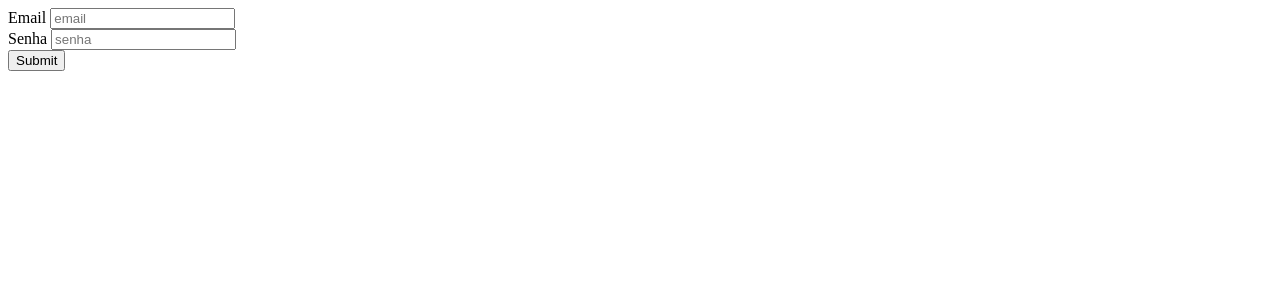
Repository: moises2112/Projetos
Page: http://localhost/Dog/cadastrar.jsp
These files come from the project's save history. The page is drawn as it stood at one moment and after the next save; the edit follows.
The browser window is 1280 px wide. The pictures show the whole page.
The page is served by Tomcat 9. Other server files are loaded and not shown.

Above is the page before, as saved 2017-06-10 17:01:15.

### Dog/WebContent/cadastrar.jsp
<%@ page language="java" contentType="text/html; charset=ISO-8859-1"
	pageEncoding="ISO-8859-1"%>
<%@ taglib uri="http://java.sun.com/jsp/jstl/core" prefix="c"%>
<!DOCTYPE html PUBLIC "-//W3C//DTD HTML 4.01 Transitional//EN" "http://www.w3.org/TR/html4/loose.dtd">
<html>
<head>
<meta http-equiv="Content-Type" content="text/html; charset=ISO-8859-1">
<title>Tindog - Cadastrar</title>
</head>
<body>
	<form action="LoginController.do" method="post">

		<div>
			<label for="email">Email</label> <input type="text" name="email"
				placeholder="email" />
		</div>
		<div>
			<label for="senha">Senha</label> <input type="password" name="senha"
				placeholder="senha" />
		</div>
		<div>
			<input type="submit" value="Submit" />
		</div>
	</form>

</body>
</html>

After the next save:
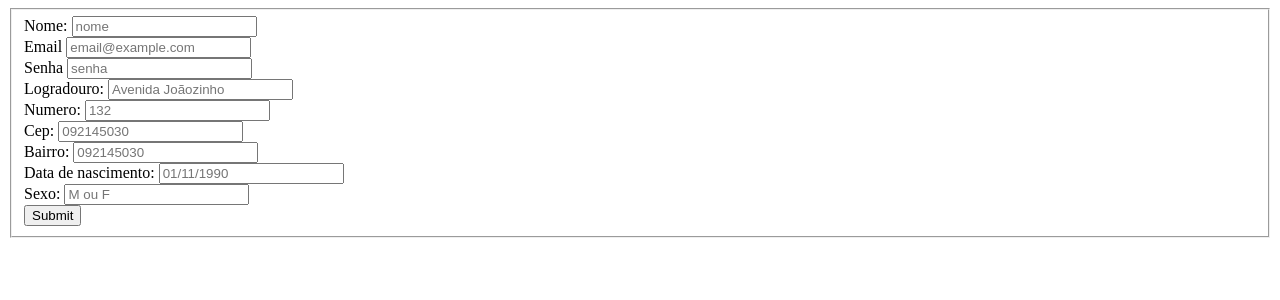
Saved 88 s later.
--- a/Dog/WebContent/cadastrar.jsp
+++ b/Dog/WebContent/cadastrar.jsp
@@ -1,27 +1,63 @@
+
 <%@ page language="java" contentType="text/html; charset=ISO-8859-1"
 	pageEncoding="ISO-8859-1"%>
 <%@ taglib uri="http://java.sun.com/jsp/jstl/core" prefix="c"%>
-<!DOCTYPE html PUBLIC "-//W3C//DTD HTML 4.01 Transitional//EN" "http://www.w3.org/TR/html4/loose.dtd">
+<!DOCTYPE HTML>
 <html>
 <head>
 <meta http-equiv="Content-Type" content="text/html; charset=ISO-8859-1">
-<title>Tindog - Cadastrar</title>
+
+<title>Faça parte do Tindog</title>
 </head>
 <body>
-	<form action="LoginController.do" method="post">
 
-		<div>
-			<label for="email">Email</label> <input type="text" name="email"
-				placeholder="email" />
-		</div>
-		<div>
-			<label for="senha">Senha</label> <input type="password" name="senha"
-				placeholder="senha" />
-		</div>
-		<div>
-			<input type="submit" value="Submit" />
-		</div>
+	<form action="UsuarioController.do?action=inserir" method="post">
+		<fieldset>
+
+			<div>
+				<label for="nome">Nome:</label> <input type="text" name="nome"
+					placeholder="nome" />
+			</div>
+			<div>
+				<label for="email">Email</label> <input type="text" name="email"
+					placeholder="email@example.com" />
+			</div>
+			<div>
+				<label for="senha">Senha</label> <input type="password" name="senha"
+					placeholder="senha" />
+			</div>
+			<div>
+				<label for="logradouro">Logradouro:</label> <input type="text"
+					name="logradouro" placeholder="Avenida Joãozinho" />
+			</div>
+			<div>
+				<label for="numero">Numero:</label> <input type="text" name="numero"
+					placeholder="132" />
+			</div>
+			<div>
+				<label for="cep">Cep:</label> <input type="text" name="cep"
+					placeholder="092145030" />
+			</div>
+			<div>
+				<label for="bairro">Bairro:</label> <input type="text" name="bairro"
+					placeholder="092145030" />
+			</div>
+			<div>
+				<label for="dataNascimento">Data de nascimento:</label> <input
+					type="text" name="dataNascimento" placeholder="01/11/1990" />
+			</div>
+			<div>
+				<label for="sexo">Sexo:</label> <input type="text" name="sexo"
+					placeholder="M ou F" />
+			</div>
+
+			<div>
+				<input type="submit" value="Submit" />
+			</div>
+		</fieldset>
 	</form>
+	<label><c:out value="${erroAoLogar}" /></label>
+
 
 </body>
 </html>
